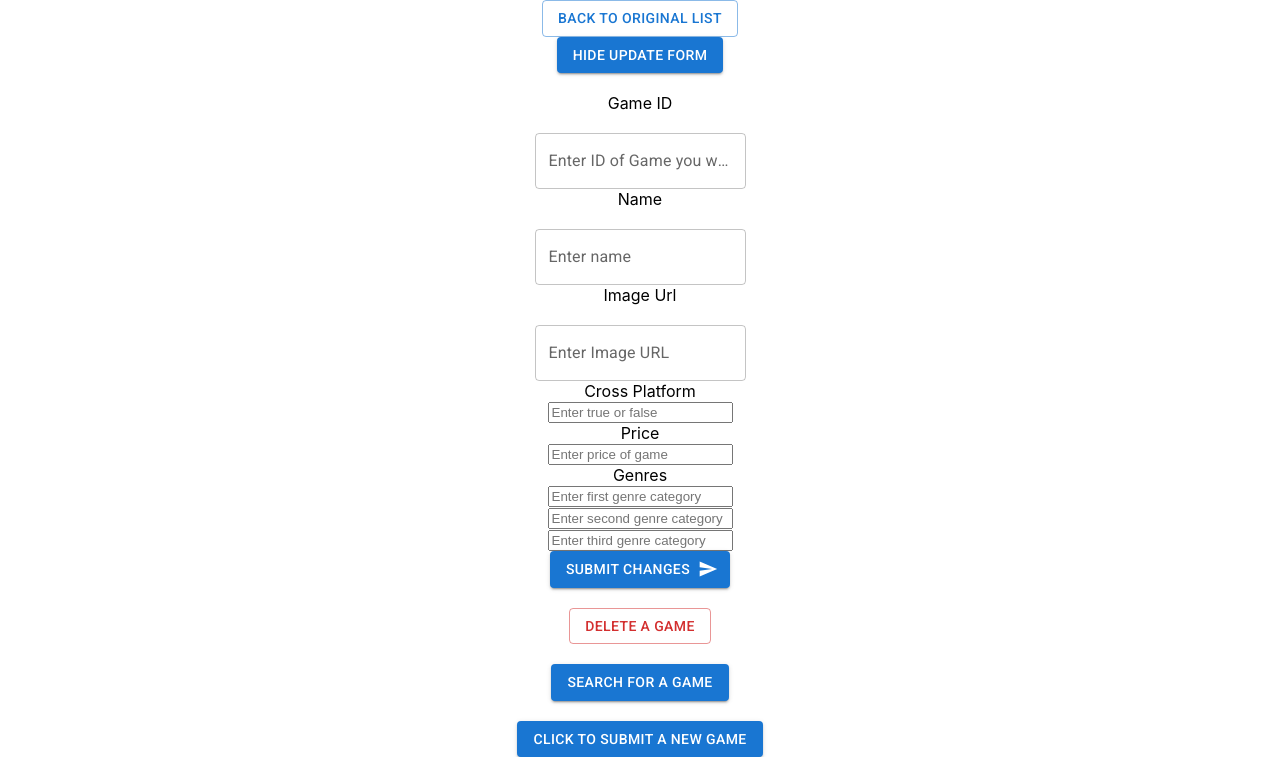
Repository: The-Software-Guild/assessment-2-react-nj10deadend
Page: / (app in Part-2/React-section/frontend/), after clicking the first element matching `button.MuiButton-contained`
These files come from the project's save history. The page is drawn as it stood at one moment and after the next save; the edit follows.
The browser window is 1280 px wide. The pictures show the whole page.
The page's requests for data from a server got no answer. The project was rebuilt for these pictures with package versions that can differ from the ones it lists, and the page was loaded fresh each time. No one was signed in, and anything a server would have sent is missing. Also part of the build but not shown: Part-2/React-section/frontend/src/components/GameCards.js.

Above is the page before, as saved 2021-12-19 22:26:12.

After the next save:
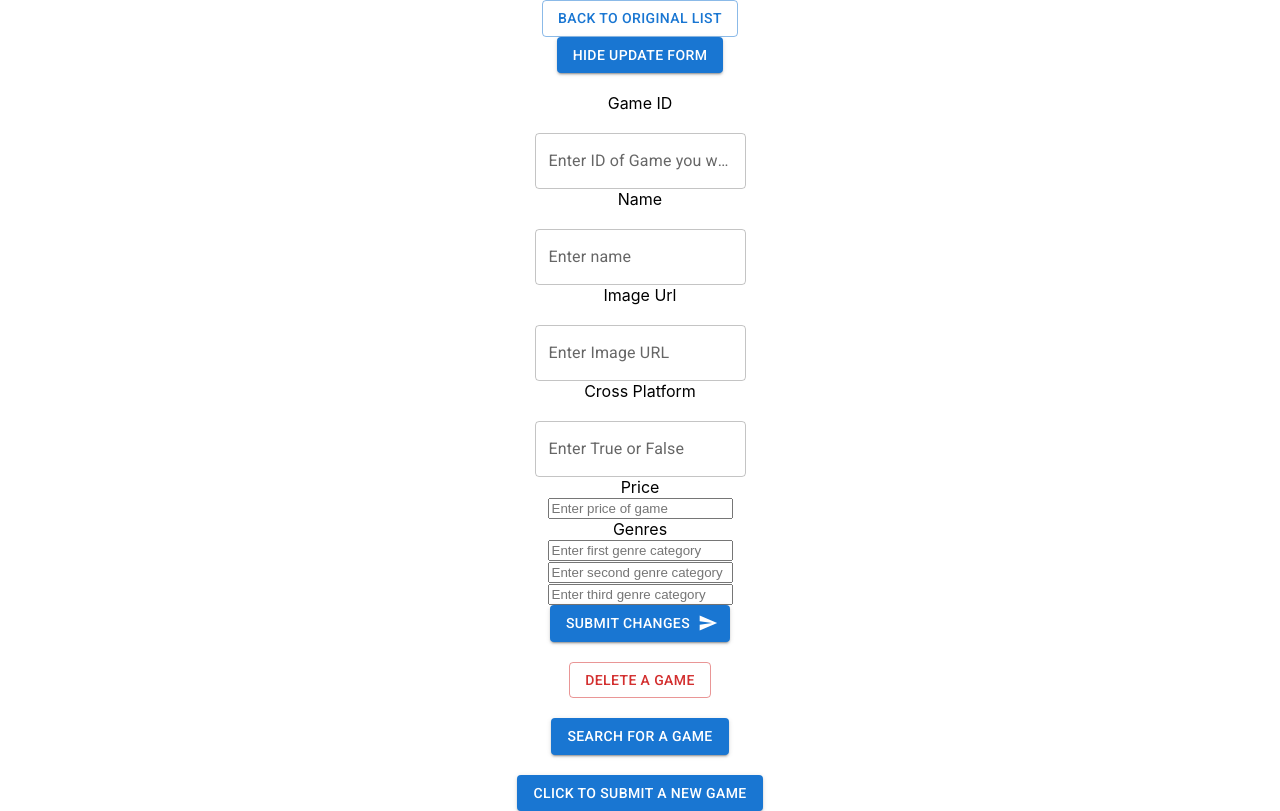
Saved 93 s later.
--- a/Part-2/React-section/frontend/src/components/UpdateGame.js
+++ b/Part-2/React-section/frontend/src/components/UpdateGame.js
@@ -89,8 +89,14 @@ function UpdateGame ({getFetchGameServer}) {
                             <div>
                                 <label for="cross platform">Cross Platform</label>
                                 <br></br>
-                                <input type="text" name="cross platform" placeholder="Enter true or false" id="cross_platform"
-                                value={crossPlatform} onChange={(event) => {setCrossPlatform(event.target.value)}}/>
+                                <br></br>
+                                {/* <input type="text" name="cross platform" placeholder="Enter true or false" id="cross_platform"
+                                value={crossPlatform} onChange={(event) => {setCrossPlatform(event.target.value)}}/> */}
+                                <TextField id="outlined-basic4" label="Enter True or False"
+                                variant="outlined"
+                                onChange={(event) => {setCrossPlatform(event.target.value)}}
+                                value = {crossPlatform}
+                                />
                             </div>
                             <div>
                                 <label for="price">Price</label>
